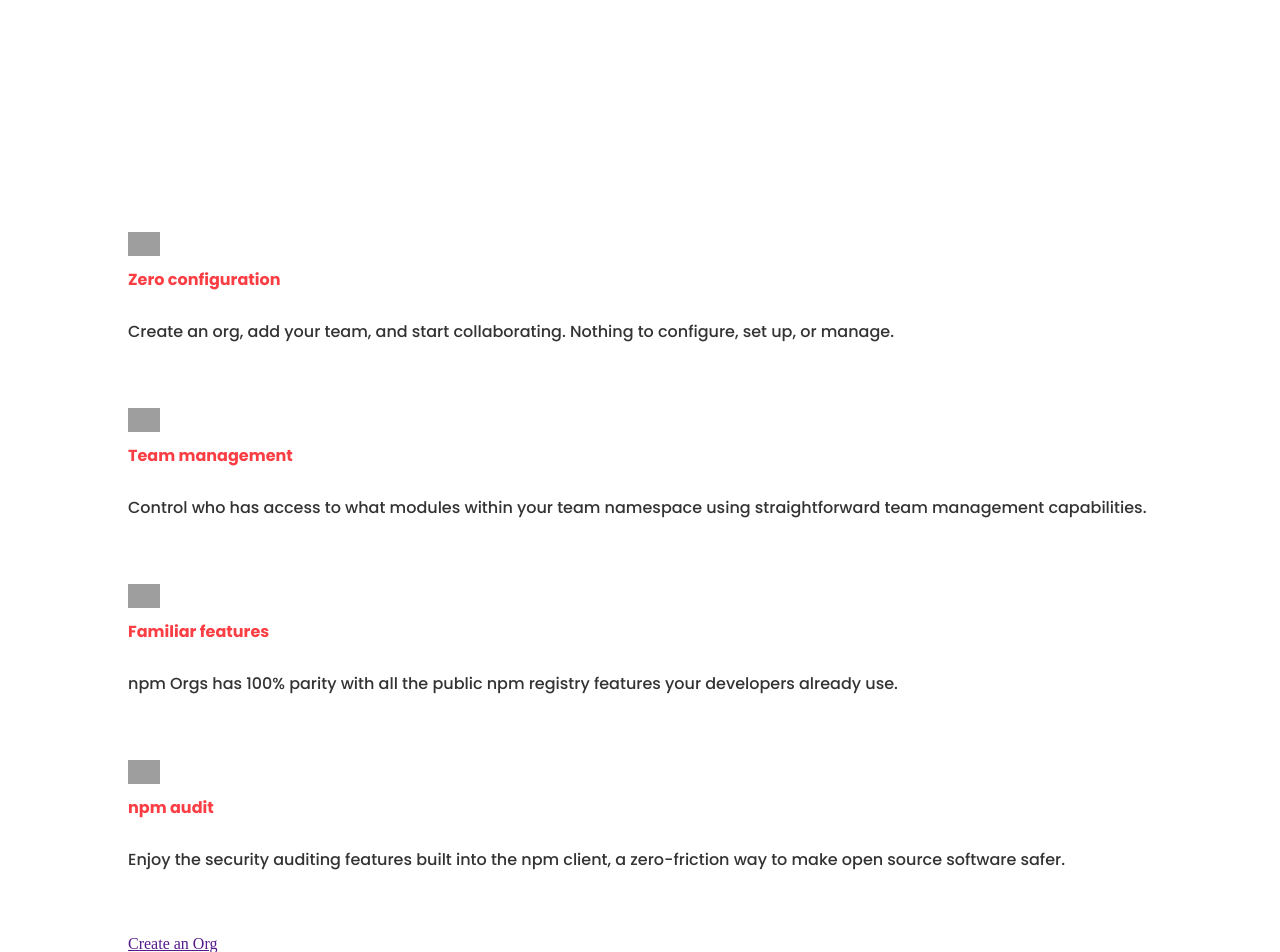
Repository: MarilynCuore/Ejercicico4
Page: index.html
An editor plug-in stored every save of this project. The page is shown before and after the next save, followed by the edit.
The browser window is 1280 px wide. The pictures show the part of the page from y = 1227 to 2179 px (the page is 2179 px tall before and 2032 px after).
Pictures or frames that could not be fetched are drawn as grey boxes. The style sheet was rebuilt from its Sass, Less or Tailwind sources for each picture, by a compiler version that may differ from the author's.

Above is the page before, as saved 2019-05-23 22:11:58.

### index.html
<!DOCTYPE html>
<html lang="en">

<head>
    <meta charset="UTF-8">
    <meta name="viewport" content="width=device-width, initial-scale=1.0">
    <meta http-equiv="X-UA-Compatible" content="ie=edge">
    <title>Document</title>
    <link rel="stylesheet" href="./styles/styles.css">
    <link rel="stylesheet" href="./styles/reset.css">
</head>

<body>
    <header>
        <div class="gradient"></div>
        <nav class="main-nav">
            <div class="principal-nav">
                <ul>
                    <li>❤</li>
                    <li><a href="">NaN producing Misery</a></li>
                </ul>
                <ul>
                    <li><a href="">npm Enterprise</a></li>
                    <li><a href="">Products</a></li>
                    <li><a href="">Solutions</a></li>
                    <li><a href="">Resources</a></li>
                    <li><a href="">Docs</a></li>
                    <li><a href="">Support</a></li>
                </ul>
            </div>
            <div class="second-nav">
                <div class="logo">
                    <a href="">
                        <img src="./src/npmlogo.png" alt="">
                    </a>
                </div>
                <div class="login">
                    <a>Join</a>
                    <a>Log in</a>
                </div>
                <div class="search">
                    <input type="text" placeholder="Search packages">
                    <button>Search</button>
                </div>
            </div>
        </nav>
    </header>
    <section class="principal-section">
        <div class="content-principal-section">
            <h1>Build amazing things</h1>
            <span>Essential JavaScript development tools that help you go to market faster and build powerful
                applications
                using modern open source code.</span>
        </div>
        <div class="action-principal-section">
            <a href="">See plans</a>
            <a href="">Join for free</a>
        </div>
    </section>
    <section class="second-section">
        <div class="bg-image"></div>
        <div class="text-conten-second-section">
            <h2>Bring the best of open source to your company</h2>
            <p>npm is the tool used by over 11,000,000 JavaScript developers around the world. Your developers already
                use it. Your company depends on it. Create an Org and get more out of the tools your team already knows
                and loves.</p>
        </div>
    </section>
    <div class="third-section">
        <article>
            <img src="https://static.npmjs.com/attachments/cjsdu28lz00nmph74dpr1pju0-zero-configuration.svg" alt="">
            <h3>Zero configuration</h3>
            <p>Create an org, add your team, and start collaborating. Nothing to configure, set up, or manage.</p>
        </article>
        <article>
            <img src="https://static.npmjs.com/attachments/cjsdu28r921djsp74bnt4i9t5-team-management.svg" alt="">
            <h3>Team management</h3>
            <p>Control who has access to what modules within your team namespace using straightforward team management
                capabilities.</p>
        </article>
        <article>
            <img src="https://static.npmjs.com/attachments/cjsdu27ac21d4u674dz9uoaoq-feature-parity.svg" alt="">
            <h3>Familiar features</h3>
            <p>npm Orgs has 100% parity with all the public npm registry features your developers already use.</p>
        </article>
        <article>
            <img src="https://static.npmjs.com/attachments/cjsdu28xd21her174xt02voit-npm-audit.svg" alt="">
            <h3>npm audit</h3>
            <p>Enjoy the security auditing features built into the npm client, a zero-friction way to make open source
                software safer.</p>
        </article>
        <a href="">Create an Org</a>
    </div>
</body>

</html>

### styles/styles.scss
/*Fonts*/
@import url("https://fonts.googleapis.com/css?family=Poppins:500,700&display=swap");
@import url("https://fonts.googleapis.com/css?family=Inconsolata:400,700&display=swap");
@import url("https://fonts.googleapis.com/css?family=Poppins:300&display=swap");
/*Variables*/
$font: "Inconsolata", monospace;
$font2: "Poppins", sans-serif;
$pink: #fb3e44;
$lighter-grey: rgba(0, 0, 0, 0.05);
$grey: rgba(0, 0, 0, 0.7);
$grey-background: rgba(232, 217, 217, 0.3);
$yellow: rgba(255, 204, 53, 0.4);

/* all Inputs */
::-webkit-input-placeholder {
  color: #555;
  font-family: $font;
  padding-left: 0.5rem;
}
::-moz-placeholder {
  color: #555;
  font-family: $font;
  padding-left: 0.5rem;
} /* firefox 19+ */
:-ms-input-placeholder {
  color: #555;
  font-family: $font;
  padding-left: 0.5rem;
} /* ie */
input:-moz-placeholder {
  color: #555;
  font-family: $font;
  padding-left: 0.5rem;
}

header {
  overflow: hidden;
  box-shadow: 0 4px 13px -3px rgba(0, 0, 0, 0.10196);
  .gradient {
    width: 100vw;
    height: 5px;
    background: rgba(255, 134, 41, 1);
    background: -moz-linear-gradient(
      left,
      rgba(255, 134, 41, 1) 0%,
      rgba(255, 98, 26, 1) 20%,
      rgba(224, 59, 26, 1) 37%,
      rgba(214, 52, 29, 1) 46%,
      rgba(196, 41, 33, 1) 61%,
      rgba(201, 44, 122, 1) 79%,
      rgba(216, 54, 252, 1) 100%
    );
    background: -webkit-gradient(
      left top,
      right top,
      color-stop(0%, rgba(255, 134, 41, 1)),
      color-stop(20%, rgba(255, 98, 26, 1)),
      color-stop(37%, rgba(224, 59, 26, 1)),
      color-stop(46%, rgba(214, 52, 29, 1)),
      color-stop(61%, rgba(196, 41, 33, 1)),
      color-stop(79%, rgba(201, 44, 122, 1)),
      color-stop(100%, rgba(216, 54, 252, 1))
    );
    background: -webkit-linear-gradient(
      left,
      rgba(255, 134, 41, 1) 0%,
      rgba(255, 98, 26, 1) 20%,
      rgba(224, 59, 26, 1) 37%,
      rgba(214, 52, 29, 1) 46%,
      rgba(196, 41, 33, 1) 61%,
      rgba(201, 44, 122, 1) 79%,
      rgba(216, 54, 252, 1) 100%
    );
    background: -o-linear-gradient(
      left,
      rgba(255, 134, 41, 1) 0%,
      rgba(255, 98, 26, 1) 20%,
      rgba(224, 59, 26, 1) 37%,
      rgba(214, 52, 29, 1) 46%,
      rgba(196, 41, 33, 1) 61%,
      rgba(201, 44, 122, 1) 79%,
      rgba(216, 54, 252, 1) 100%
    );
    background: -ms-linear-gradient(
      left,
      rgba(255, 134, 41, 1) 0%,
      rgba(255, 98, 26, 1) 20%,
      rgba(224, 59, 26, 1) 37%,
      rgba(214, 52, 29, 1) 46%,
      rgba(196, 41, 33, 1) 61%,
      rgba(201, 44, 122, 1) 79%,
      rgba(216, 54, 252, 1) 100%
    );
    background: linear-gradient(
      to right,
      rgba(255, 134, 41, 1) 0%,
      rgba(255, 98, 26, 1) 20%,
      rgba(224, 59, 26, 1) 37%,
      rgba(214, 52, 29, 1) 46%,
      rgba(196, 41, 33, 1) 61%,
      rgba(201, 44, 122, 1) 79%,
      rgba(216, 54, 252, 1) 100%
    );
    filter: progid:DXImageTransform.Microsoft.gradient( startColorstr='#ff8629', endColorstr='#d836fc', GradientType=1 );
  }
}
.main-nav {
  display: flex;
  flex-direction: column;
  justify-content: center;
  background-color: white;
  .principal-nav {
    display: flex;
    width: 100%;
    padding-left: 0.5rem;
    justify-content: space-between;
    padding-top: 0.25rem;
    padding-bottom: 0.4rem;
    border-bottom: solid 0.2px #e0e0e0;
    ul {
      display: flex;
      &:first-child {
        display: none;
      }
      li {
        flex-grow: 1;
        padding-right: 0.5rem;
        display: block;
        a {
          text-decoration: none;
          color: black;
          font-family: $font;
          font-weight: 500;
          text-decoration: none;
          font-size: 0.8rem;
        }
      }
    }
  }
  .second-nav {
    display: flex;
    flex-wrap: wrap;
    .logo {
      width: 50%;
      padding-bottom: 1rem;
      a {
        img {
          padding-left: 0.5rem;
          padding-top: 0.5rem;
          width: 80px;
        }
      }
    }
    .login {
      width: 50%;
      font-family: $font2;
      color: $grey;
      text-align: right;
      padding-top: 0.7rem;
      a {
        padding-left: 0.5rem;
        font-size: 0.8rem;
        &:nth-of-type(1) {
          border: 1px solid #9a9a9a;
          padding: 5px;
        }
        &:nth-of-type(2) {
          padding-right: 0.5rem;
        }
      }
    }
    .search {
      border-top: solid 0.2px #e0e0e0;
      padding-left: 0.5rem;
      padding-top: 0.5rem;
      padding-bottom: 0.5rem;
      width: 100%;
      input {
        background-color: $lighter-grey;
        border: none;
        width: calc(100% - 25%);
        height: 40px;
        box-sizing: border-box;
      }
      button {
        width: 23%;
        background-color: $pink;
        border: none;
        color: white;
        height: 40px;
        box-sizing: border-box;
        font-family: $font;
        font-size: 0.875rem;
        padding-bottom: 0px;
      }
    }
  }
}
.principal-section {
  background-color: $grey-background;
  height: calc(100vh - 120px);
  display: flex;
  flex-direction: column;
  align-items: center;
  .content-principal-section {
    display: flex;
    flex-direction: column;
    height: 50%;
    justify-content: center;
    text-align: center;
    max-width: 95%;
    h1 {
      font-size: 2.25rem;
      font-family: $font2;
      font-weight: bold;
      padding-bottom: 1rem;
    }
    span {
      font-family: $font2;
      font-size: 1.25rem;
      font-weight: 300;
    }
  }
  .action-principal-section {
    display: flex;
    flex-direction: column;
    justify-content: center;
    a {
      padding: 20px;
      min-width: 250px;
      text-align: center;
      font-family: $font2;
      &:nth-of-type(1) {
        background-color: $pink;
        box-shadow: 8px 8px 0 rgba(251, 59, 73, 0.2);
        color: white;
        text-decoration: none;
        margin-bottom: 2rem;
      }
      &:nth-of-type(2) {
        background-color: white;
        text-decoration: none;
        color: black;
      }
    }
  }
}
.second-section {
  height: 100vh;
  .bg-image {
    height: 50vh;
    background-image: url("https://static.npmjs.com/attachments/cjsdu27d721czsp74i05n4iey-best-open.svg");
    background-repeat: no-repeat;
    background-size: 50%;
    background-position: center;
  }
  .text-conten-second-section {
    max-width: 95%;
    height: 50vh;
    text-align: center;
    h2 {
      text-decoration: underline;
      text-decoration-color: $yellow;
      font-family: $font;
      font-weight: bold;
      font-size: 2.25rem;
      padding-bottom: 2rem;
    }
    p {
      font-size: 1rem;
      line-height: 1.5;
      font-family: $font;
    }
  }
}
.third-section {
  margin: 0 auto;
  max-width: 80%;
  article {
    img {
      width: 32px;
    }
    h3 {
      font-size: 1rem;
      margin-top: 1rem;
      font-family: $font2;
      color: $pink;
      margin-bottom: 2rem;
      font-weight: bold;
    }
    p {
      color: #333;
      font-family: $font2;
      font-weight: 400;
      line-height: 1.5;
      font-size: 1rem;
      margin-bottom:4rem;
    }
  }
}

Loaded but not shown: styles/reset.css (common file)

After the next save:
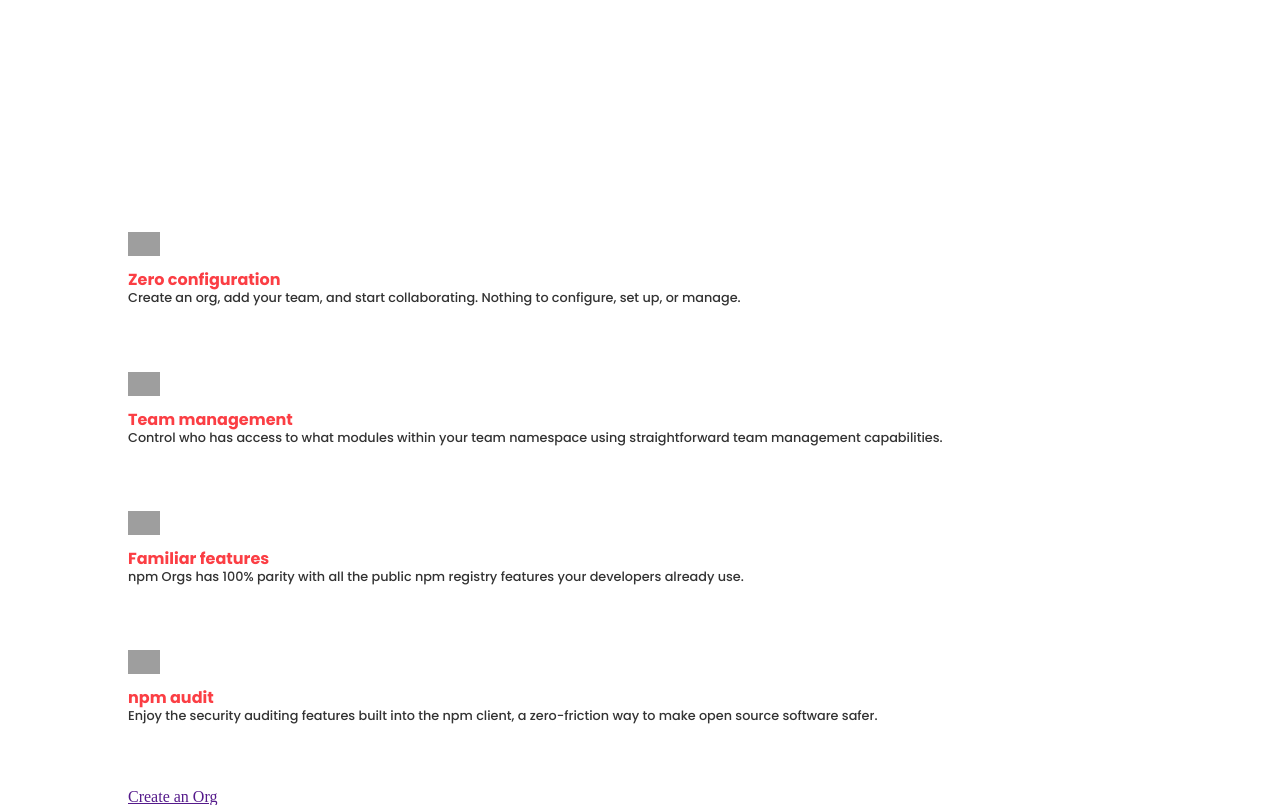
Saved 2 min 57 s later.
--- a/styles/styles.scss
+++ b/styles/styles.scss
@@ -285,15 +285,15 @@
       margin-top: 1rem;
       font-family: $font2;
       color: $pink;
-      margin-bottom: 2rem;
+      margin-bottom: 700;
       font-weight: bold;
     }
     p {
       color: #333;
       font-family: $font2;
-      font-weight: 400;
+      font-weight: 500;
       line-height: 1.5;
-      font-size: 1rem;
+      font-size: .8rem;
       margin-bottom:4rem;
     }
   }
